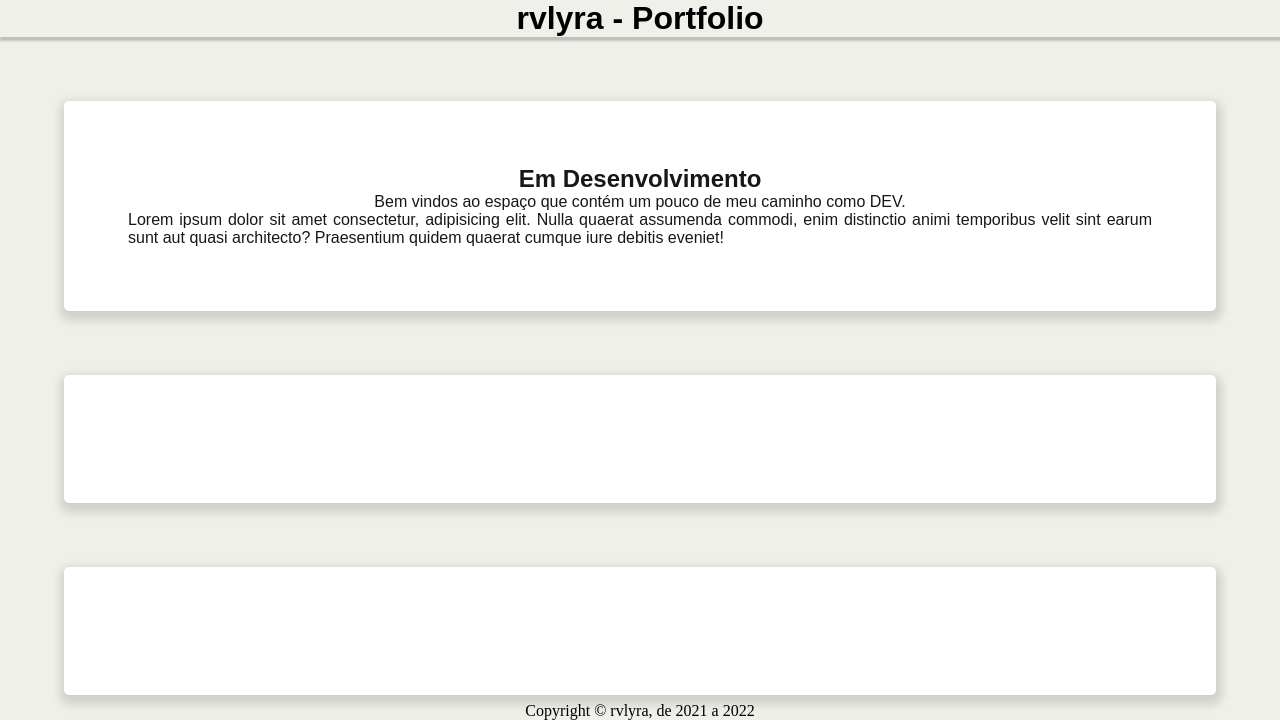
Repository: rvlyra/splash-screen-rvlyra
Page: Portfolio-RVLYRA/public/index.html
These files come from the project's save history. The page is drawn as it stood at one moment and after the next save; the edit follows.
The browser window is 1280 px wide. The pictures show the whole page.
Some web fonts or font styles are not loaded; a fallback is used.

Above is the page before, as saved 2022-07-06 09:42:22.

After the next save:
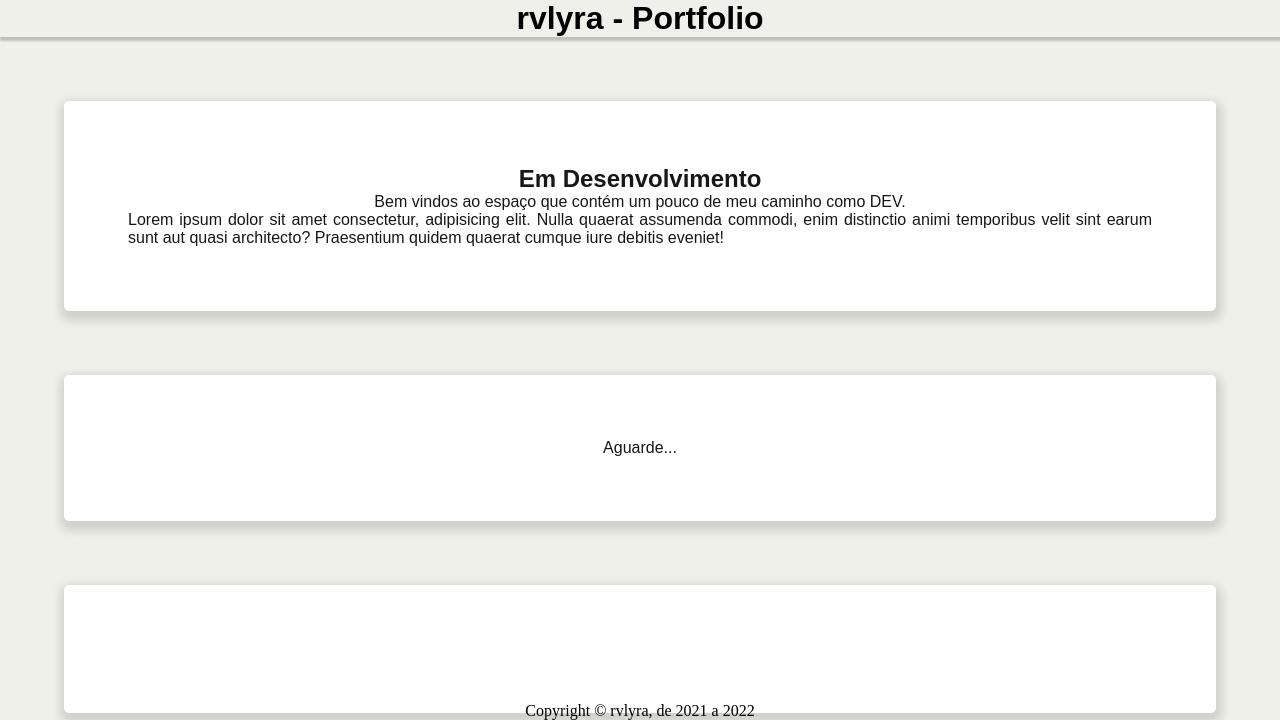
Saved 36 s later.
--- a/Portfolio-RVLYRA/public/index.html
+++ b/Portfolio-RVLYRA/public/index.html
@@ -19,7 +19,9 @@
             <p>Bem vindos ao espaço que contém um pouco de meu caminho como DEV.</p>
             <p>Lorem ipsum dolor sit amet consectetur, adipisicing elit. Nulla quaerat assumenda commodi, enim distinctio animi temporibus velit sint earum sunt aut quasi architecto? Praesentium quidem quaerat cumque iure debitis eveniet!</p>
         </section>
-        <section></section>
+        <section>
+            Aguarde...
+        </section>
         <section></section>
 
 
